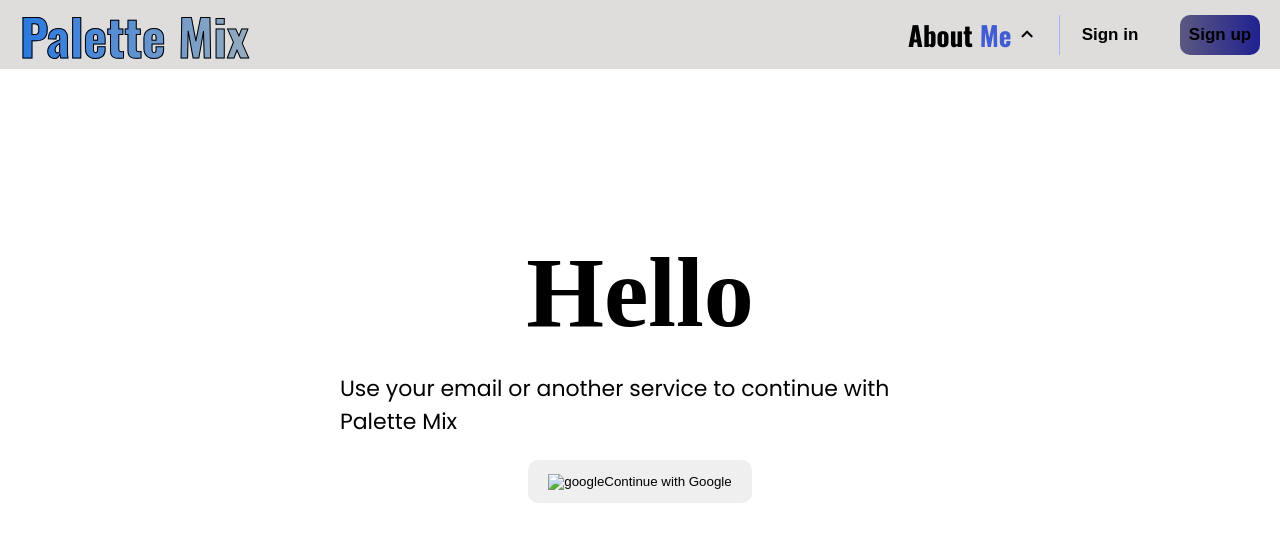
Repository: dmpelaez/Login-Signup-form
Page: Color/colorHeader.html
These files come from the project's save history. The page is drawn as it stood at one moment and after the next save; the edit follows.
The browser window is 1280 px wide. The pictures show the window.
A layer covers the whole window, so only the first screen is drawn. Some web libraries are served in a nearby version.

Above is the page before, as saved 2025-12-13 07:18:08.

### Color/colorHeader.html
<!DOCTYPE html>

  <html lang="en" dir="ltr">

    <head>

      <title>Palette Mix</title>
      <!--Style-->
      <link rel="stylesheet" href="colorHeader.css">
      <link rel="stylesheet" href="colorMain.css">
      <link rel="stylesheet" href="https://cdnjs.cloudflare.com/ajax/libs/font-awesome/5.14.0/css/all.min.css">
    </head>
    <body>

      <header class="color-header">
        <!--Title-->
        <a href="colorHeader.html">
          <section id="title" class="color-title">
            Palette Mix
          </section>
        </a>

        <!--End-->

        <!--Right side navigation bar-->
        <section class="navigation-bar">

          <!--About me-->
          <button class="about-me">
           <span class="aboutme">About <span class="me-text">Me</span></span>
           <i class="fas fa-chevron-up"></i>

          </button>

          <!--Login & Signup form-->
          <div class="signin-signup">
            <button class="sign-in">
              Sign in
            </button>
            <button class="sign-up">
              Sign up
            </button>
          </div>
        </section>
        <!--End-->
        <div class="aboutmeSection">
          <div class="sectionAboutme">

            <img class="imageofme" alt="Creator Image" src="WIN_20241001_13_05_33_Pro.jpg">
            <P class="gd">Good day!</P>
            <p class="introduction">
              I am Delmar Galibo Pelaez, 19 years old from Manila, Philippines.
              I am a self-taught programmer who decided to study HTML, CSS and JavaScript to become
              a web developer and I'm hoping to thrive and learn more about on this field to create and serve to others.
            </p>

          </div>

          <div class="aboutThisProject">
            <h2 class="info-project">Palette Mix</h2>
            <p class="infoPalette">
              This project is only created for fun and to challenge myself to create different projects so as to improve skills in web development.
              The creation of Palette Mix started when I'm searching for a project to do because I always hear other programmers that to improve quickly and effieciently --
              you need to create your own projects. Palette Mix is about generating different colors that can be use to mix and create a great layout design for a websites!
            </p>
          </div>

          <div class="connectSection">
            <div class="contacts">
              <h2 class="connect-text">Connect:</h2>
              <a class="githubLink" href="https://github.com/dmpelaez" target="_blank">
                 <img class="github" alt="Github" src="download__1_-removebg-preview.png">
              </a>
              <a class="facebook"  href="#" target="_blank">
                <img class="fb"  alt="Facebook" src="facebook-logo (1).png">
              </a>
            </div>

          </div>

        </div>

        <!--Sign in -->

        <div class="signinPage">

          <div class="signinBox">

            <h1 class="hello-text">Hello</h1>
            <p class="email-account">
              Use your email or another service to continue with Palette Mix
            </p>

            <button class="google">
              <div class="google2">
                <img alt="google" href="#">
                <p class="continue-text">Continue with Google</p>
              </div>
            </button>

          </div>

        </div>


      </header>

      <main class="mainpage">

        <!--Main page-->
        <div class="main-page">

          <section class="title1">

            <h1 class="intro">Your color palettes generator!</h1>

            <h3 class="little-info">Create the perfect palette and get inspired by thousands of beautiful color schemes.</h3>
            <div class="sliding">
              <div class="colors">
              </div>
              <div class="colors2">
              </div>
              <div class="colors3">
              </div>
               <div class="colors4">
              </div>
            </div>

            <div class="colorSearch">
              <input type="color" class="colorbox">
              <Input type="text"  class="textbox">
              <img class="brush" src="brush.png">
              <img class="plate" src="plate.png">
              <img class="board" src="board.png">
                <div class="comment-section">
                  <h3 class="comment-text">Comment Here!</h3>
                  <ul class="comment-list"></ul>
                  <textarea class="comment-input" placeholder="Add Comment here..."></textarea>
                </div>
              </img>

            </div>

            <button class="generator">
              <i class="fas fa-palette"></i>
              Generate
            </button>
          </section>


        </div>

        <div class="theWhole">
          <div class="paletteText">Palette Mix</div>
          <div class="colorGenerator">
          </div>

          <div class="wholeDesign">
          <i id="leftIcon" class="fas fa-angle-left"></i>
              <div class="divBox">

            <!--Design 1-->


            <div class="divScroll">
              <div  class="div1">
                <div id="randomBox1" class="divpage1">
                  <header id="randomBox2" class="headerDiv1">Header</header>
                  <main  id="randomBox3" class="mainDiv1">
                    <div id="randomBox4" class="asideDiv1">Aside</div>
                    <div id="randomBox5" class="frontDiv1">Main</div>
                  </main>
                  <footer id="randomBox7" class="footerDiv1">Footer</footer>
                </div>
              </div>
              <!--Design 2-->
              <div  class="div2">
                <div id="randomBox1" class="divpage2">
                  <header id="randomBox2" class="headerDiv2">Header</header>
                    <div id="randomBox4" class="asideDiv2">Aside</div>
                    <div id="randomBox5" class="frontDiv2">Main</div>
                  <footer id="randomBox7" class="footerDiv2">Footer</footer>
                </div>
              </div>

              <!--Design 3-->

              <div  class="div3">
                <div id="randomBox1" class="divpage3">
                  <header id="randomBox2" class="headerDiv3">Header</header>
                    <div class="navBar">Navigation</div>
                    <div id="randomBox4" class="asideDiv3">Aside</div>
                    <div id="randomBox4" class="asideDiv32">Aside</div>
                    <div id="randomBox5" class="frontDiv3">Main</div>

                  <footer id="randomBox7" class="footerDiv3">Footer</footer>
                </div>
              </div>

            </div>
          </div>
          <i id="rightIcon"class="fas fa-angle-right"></i>



        </div>

        </div>


      </main>


      <script type="module" src="color.js"></script>

    </body>

  </html>

### Color/colorHeader.css
@import url('https://fonts.googleapis.com/css2?family=Anton&family=Oswald:wght@200..700&family=Poppins:ital,wght@0,100;0,200;0,300;0,400;0,500;0,600;0,700;0,800;0,900;1,100;1,200;1,300;1,400;1,500;1,600;1,700;1,800;1,900&family=Roboto:ital,wght@0,100..900;1,100..900&display=swap');

body {
  margin: 0;
  padding: 0;
}

.color-header {
  display: flex;
  justify-content: space-between;
  align-items: center;
  padding-left: 20px;
  padding-right: 20px;
  background: rgb(223, 220, 220);
  box-sizing: border-box;
  position: fixed;
  right: 0;
  left: 0;
  top: 0;
  height: 70px;
  border-bottom: 1px solid gray;
  z-index: 2;
}
@media (max-width: 670px) {
  .color-header {
    gap: 30px;
  }
}

a {
  text-decoration: none;
  flex-shrink: 0;
}

.color-title {
font-family: "Oswald", sans-serif;
font-weight: bold;
display: flex;
height: 50px;
font-size: 50px;
justify-content: start;
align-items: center;
-webkit-text-stroke: 1px black;
background: linear-gradient(90deg, rgb(41, 120, 224), rgb(150, 171, 190));
-webkit-background-clip: text;
-webkit-text-fill-color: transparent;
transition: all 0.3s ease;
cursor: pointer;
flex-shrink: 0;
}




.navigation-bar {
  display: Flex;
  justify-content: space-between;
  align-items: center;
  gap: 20px;
  height: 50px;
}
.signin-signup {
  display: Flex;
  border-left: 1px solid rgb(162, 183, 240);
  justify-content: space-between;
  align-items: center;
  gap: 30px;
  height: 40px;
  padding-left: 10px;
}

.sign-up {
  height: 40px;
  width: 80px;
  border-radius: 10px;
  border: none;
  background: transparent;
  color: black;
  font-family: arial;
  font-weight: bold;
  font-size: 17px;
  cursor: pointer;
  background: linear-gradient(90deg, rgb(92, 88, 129), rgb(32, 34, 145));
}
.sign-in {
  height: 40px;
  width: 80px;
  border-radius: 10px;
  border: none;
  background: transparent;
  color: black;
  font-family: arial;
  font-weight: bold;
  font-size: 17px;
  cursor: pointer;

}
.sign-in:hover,
.sign-up:hover {
background: linear-gradient(90deg, rgb(92, 88, 129), rgb(32, 34, 145));
  color: white;
}
.about-me {
  display: flex;
  justify-content: space-evenly;
  height: 40px;
  align-items: center;
  background-color: transparent;
  border: none;
  cursor: pointer;
  border-radius: 5px;
  flex-shrink: 0;
}
.about-me:hover {
  color: white;
  background: linear-gradient(90deg, rgb(92, 88, 129), rgb(32, 34, 145));
}
.aboutme {
  font-weight: bold;
  font-size: 27px;
  font-family: "Oswald";

}

.me-text {
  margin-right: 10px;
  color: rgb(66, 93, 212);
}

### Color/colorMain.css
@import url('https://fonts.googleapis.com/css2?family=Anton&family=Luckiest+Guy&family=Oswald:wght@200..700&family=Poppins:ital,wght@0,100;0,200;0,300;0,400;0,500;0,600;0,700;0,800;0,900;1,100;1,200;1,300;1,400;1,500;1,600;1,700;1,800;1,900&family=Roboto:ital,wght@0,100..900;1,100..900&display=swap');

body {
  height: 1580px;
}

.mainpage {
margin-top: 70px;
display: grid;
max-width: 1900px;
flex-shrink: 0;
position: relative;
}



.main-page {

}
.intro {
  font-weight: bold;
  font-size: 95px;
  white-space: wrap;
  font-family: "Oswald";
  flex-shrink: 0;
  display: flex;
  margin: 0px;
}


.aboutmeSection {
  display: grid;
  position: absolute;
  border: 1px solid black;
  background-color: rgb(39, 37, 37);
  left: 0;
  top: 100%;
  right: 0%;
  border-top: none;
  height: 0px;
  opacity: 1;
  justify-content: space-between;
  align-items: center;
  grid-template-columns: 1fr 1fr;
  grid-template-rows: 1fr 100px;
  overflow: hidden;
  transition: height 0.3s ease;
}


.aboutmeSection.btnDown {
  display: grid;
  opacity: 1;
  height: 520px;
  transition: height 0.3s ease;
}


.sectionAboutme {
  display: flex;
  height: 200px;
  justify-content: center;
 align-items: center;
 position: relative;
 gap: 20px;
 padding-left: 40px;
}
.imageofme {
  width: 350px;
  height: 350px;
  object-fit: cover;
  border-radius: 50%;
  display: flex;
}
.introduction {
  width: 350px;
  font-family: "Oswald";
  color: white;
  display: flex;
}
.connectSection {
  grid-column: 1 / 2 span;
  display: flex;
  background: linear-gradient(90deg, rgb(92, 88, 129), rgb(32, 34, 145));
}
.contacts {
  display: flex;
  padding-left: 20px;
  align-items: center;
}
.gd {
  font-weight: bold;
  font-size: 40px;
  white-space: nowrap;
  position: absolute;
  display: flex;
  top: -90px;
  left: 410px;
  color: white;
  font-family: "Oswald";
}

.fb {
  width: 20px;
  display: flex;
  margin-left: 20px;
}
.github {
  width: 45px;
  margin-left: 20px;
  display: flex;
}
.connect-text {
  font-family: "Oswald";
  font-size: 15px;
  display: flex;
}
.info-project {
  color: white;
  font-weight: bold;
  font-family: "Oswald";
  font-size: 40px;
  margin: 0px;
  display: flex;
  margin-right: 120px;
}
.aboutThisProject {
  display: flex;
  flex-direction: column;
  justify-content: center;
  align-items: center;
  margin-bottom: 40px;
}
.infoPalette {
  color: white;
  font-family: "Oswald";
  width: 400px;
  display: flex;
}



.title1 {
  display: flex;
  flex-direction: column;
    width: 100%;
  height: 800px;
  justify-content: start;
  position: relative;
  padding-top: 50px;
  align-items: center;
 background: linear-gradient(90deg, rgb(92, 88, 129), rgb(32, 34, 145));
 transition: background 6s ease;

}


.animate-gradient {
  animation: gradientShift 6s infinite alternate;
}

.little-info {

  font-size: 19px;
  color: rgb(0, 0, 0);
  font-family: "Poppins";
}

.letters {
  display: inline-block;
  margin: 2px;
}

.letters:hover {
  cursor: pointer;
  transition: text-shadow 0.3s ease;

  animation: wiggle 0.2s infinite alternate;
}


@keyframes wiggle {
  from {transform: translateX(0);}
  to {transform: translateX(-10px);}
}
.colors,
.colors2,
.colors3,
.colors4  {
  display: flex;

   width: 500px;
  height: 150px;
  justify-content: center;

   gap: 10px;
}
.colors div,
.colors2 div,
.colors3 div,
.colors4 div {
  display: Flex;
  height: 145px;
  flex-direction: row;
  width: 200px;
  justify-content: center;
}
.box {
  display: Flex;
  align-items: center;
  justify-content: center;
  font-weight: bold;
  font-size: 19px;
  text-transform: uppercase;
  cursor: pointer;

  border-radius: 10px;
}
.sliding {

  height: 250px;
 position: relative;
 overflow: hidden;
 margin-bottom: 20px;
}
.colors,
.colors2,
.colors3,
.colors4 {
  animation: scrollUp 6s linear infinite;

}


@keyframes scrollUp {
  0%   { transform: translateY(0); }
  25%   { transform: translateY(-50%); }
  50%   { transform: translateY(-100%); }
  75%   { transform: translateY(-150%); }
  100% { transform: translateY(-205%); }
}

.colorSearch {
  display: Flex;
  position: relative;
}
.brush {
  position: absolute;
  width: 300px;
  object-fit: cover;
  z-index: 1;
  top: -250px;
  right: -580px;
  pointer-events: none;
}
.plate {
  position: absolute;
  width: 200px;
  left: -350px;
  top: -70px;


}
.board {
  position: absolute;
  width: 600px;
  top: -330px;
  left: 230px;
  pointer-events: none;
}

.comment-section {
  position: absolute;
  right: -394px;
  bottom: -20%;
  display: flex;
  flex-direction: column;
  height: 250px;
  justify-content: end;
  text-align: center;

}
.comment-list {
position: absolute;
bottom: 10%;
display: flex;
align-items: left;
justify-content: start;

gap: 10px;
height: 140px;
width: 189px;
padding: 0;
left: -16px;
flex-direction: column;
overflow-y: scroll;
padding-left: 10px;
}
.comment-text {
  margin: 0px;
  Position: absolute;
  top: 45px;
  left: 20px;
  white-space: nowrap;
}
.comment-input {
display: flex;
position: initial;
padding-left: 10px;
text-align: middle;
align-items: center;
justify-content: center;
border-radius: 10px;
outline: none;
}
.comments {
  display: flex;
  justify-content: start;
  text-align: left;
  width: 160px;
  white-space: normal;
  word-wrap: break-word;
  word-break: break-all;
  overflow-wrap: break-word;
  border: 1px solid gray;
  padding: 10px;
  padding-right: 0px;
}


.generator {
  display: flex;
  background: blue;
  border: none;
  border-radius: 50px;
  height: 50px;
  align-items: center;
  justify-content: center;
  margin-top: 20px;
  width: 200px;
  font-family: "Oswald";
  font-size: 20px;
  color: white;
  cursor: pointer;
}
.generator i {
  margin-right: 10px;
}

.colorGenerator {
  display: flex;


  height: 200px;
  width: 100%;
  align-self: center;
 justify-self: center;
 align-items: center;
 justify-content: center;
 gap: 10px;

}
.generateColor {
  display: flex;
  border-width: 1px;
  border-radius: solid;
  width: 200px;
  height: 100px;
  justify-content: center;
  align-items: center;
  cursor: pointer;
  color: black;
}

.paletteText {
  font-weight: bold;
  font-family: "Oswald";
  font-size: 60px;
  position: absolute;
  left: 42%;
  top: 0;
  right: 50%;
  white-space: nowrap;
  top: 10px;

}

.theWhole {
  height: 100vh;
  display: flex;
  flex-direction: column;
  justify-content: center;
  align-items: center;
  position: relative;
 background: linear-gradient(90deg, rgb(92, 88, 129), rgb(32, 34, 145));
}

.divBox {
  border: 1px solid black;
  height: 400px;
  width: 600px;
  display: flex;
  align-items: center;
  justify-content: center;
  align-self: center;
  justify-self: center;
  gap: 20px;
  background-color: white;
  overflow-x: auto;
  scroll-behavior: smooth;
  position: relative;
}
.divBox::-webkit-scrollbar {
  display: none;
}
.wholeDesign {
  display: flex;
  justify-content: center;
  align-items: center;
  margin-bottom: 20px;
}


.divBox i {
  cursor: pointer;
  margin-right: 10px;
  margin-left: 10px;

}

.divScroll {
  display: flex;
  justify-content: space-evenly;
  height: 90%;
  min-width: 90%;
  position: absolute;
  left: 20px;
  background-color: white;
  gap: 30px;

}

.div1{
  display: grid;
  border: 1px solid black;
  min-height: 90%;
  width: 550px;
  flex-direction: column;
  z-index: 1;


}


.div2 {
 display: grid;
  border: 1px solid black;
  min-height: 90%;
  width: 550px;
  flex-direction: column;
  z-index: 1;

}
.div3 {
  display: grid;
  border: 1px solid black;
  min-height: 90%;
  width: 550px;
  flex-direction: column;
  z-index: 1;
  margin-right: 20px;

}





.divpage1 {
  display: flex;
   z-index: 2;
   flex-direction: column;
  height: 100%;
  min-width: 100%;
  justify-content: space-between;
  align-items: center;

}

.headerDiv1 {
  display: flex;
  align-items: center;
  justify-content: center;
  height: 40px;
  border: 1px solid black;
  min-width: 95%;
  margin-top: 5px;
  z-index: 2;
  background-color: white;
}
.mainDiv1{
  display: flex;
   z-index: 2;
  height: 70%;
  min-width: 95%;
  justify-content: space-between;

}
.footerDiv1 {
  display: flex;
  border: 1px solid black;
  min-width: 95%;
  justify-content: center;
  height: 10%;
  align-items: center;
  margin-bottom: 5px;
    z-index: 2;
    background-color: white;
}
.asideDiv1 {
  border: 1px solid black;
  min-width: 30%;
  display: flex;
  align-items: center;
  justify-content: center;
  z-index: 2;
  background-color: white;
}
.frontDiv1 {
  display: flex;
  border: 1px solid black;
  min-width: 65%;
  justify-content: center;
  align-items: center;
  z-index: 2;
  background-color: white;
}





.divpage2 {
  display: grid;
grid-template-columns: 150px 1fr 1fr 1fr;
grid-template-rows: 150px 1fr 1fr 1fr;
row-gap: 10px;
column-gap: 10px;
margin: 10px;
}
.headerDiv2 {
  grid-row: 1 / 3 span;
  display: flex;
  justify-content: center;
  align-items: center;
  border: 1px solid black;
  background-color: white;
}

.footerDiv2 {
  grid-row: 4 / 1 span;
  grid-column: 4 span;
  display: flex;
  justify-content: center;
  align-items: center;
  border: 1px solid black;
  background-color: white;
}


.frontDiv2 {
grid-column: 2 / 3 span;
grid-row: 1 / 2 span;
display: flex;
justify-content: center;
align-items: center;
border: 1px solid black;
background-color: white;
}
.asideDiv2 {
  grid-column: 2 / 3 span;
  display: flex;
  justify-content: center;
  align-items: center;
  border: 1px solid black;
  background-color: white;
}




.divpage3 {
  display: grid;
  grid-template-columns: 150px 1fr 150px;
  grid-template-rows: 50px 40px 1fr 1fr 40px;
  row-gap: 10px;
  column-gap: 10px;
  margin: 10px;

}
.headerDiv3 {
  grid-column: 1 / 3 span;
  display: flex;
  justify-content: center;
  align-items: center;
  border: 1px solid black;
  background-color: white;
}
.navBar {
  grid-column: 1 / 3 span;
  display: flex;
  justify-content: center;
  align-items: center;
  border: 1px solid black;
background-color: white;
}
.asideDiv3 {
  display: flex;
  border: 1px solid black;
  justify-content: center;
  align-items: center;
background-color: white;
}
.asideDiv32 {
  display: Flex;
  border: 1px black solid;
  grid-row: 4;
  justify-content: center;
  align-items: center;
  background-color: white;
}
.frontDiv3 {
  display: flex;
  justify-content: center;
  align-items: center;
  border: 1px solid black;
  grid-row: 3 / 2 span;
  grid-column: 2 / 2 span;
  background-color: white;
}
.footerDiv3 {
  display: Flex;
  align-items: center;
  justify-content: center;
  border: 1px solid black;
  grid-column: 1 / 3 span;
  background-color: white;
}




#leftIcon {
  cursor: pointer;
  color: white;
  margin-right: 20px;
  padding: 20px;
}
#rightIcon {
  cursor: pointer;
  margin-left: 20px;
  padding: 20px;
 color: white;
}


.signinPage {
  position: absolute;
  top: 100%;
  height: 100vh;
  left: 0;
  right: 0;
  background: white;
  display: flex;
  justify-content: center;
  padding-top: 100px;
}

.signinBox {
  display: flex;
  flex-direction: column;
  width: 600px;
  height: 400px;
  justify-content: center;
  align-items: center;

}
.google {
  display: flex;
  flex-direction: row;
  padding-left: 20px;
  padding-right: 20px;
  border-radius: 10px;
  border: none;
  align-items: center;
  justify-content: center;
}
.google2 {
  display: flex;
  align-items: center;

}
.continue-text {
justify-content: space-between;
}
.hello-text {
  display: inline-block;
  margin: 0px;
  font-size: 100px;
}
.email-account {
  font-size: 22px;
  font-family: "Poppins";
}

Loaded but not shown: Color/color.js (475 lines, source omitted)

After the next save:
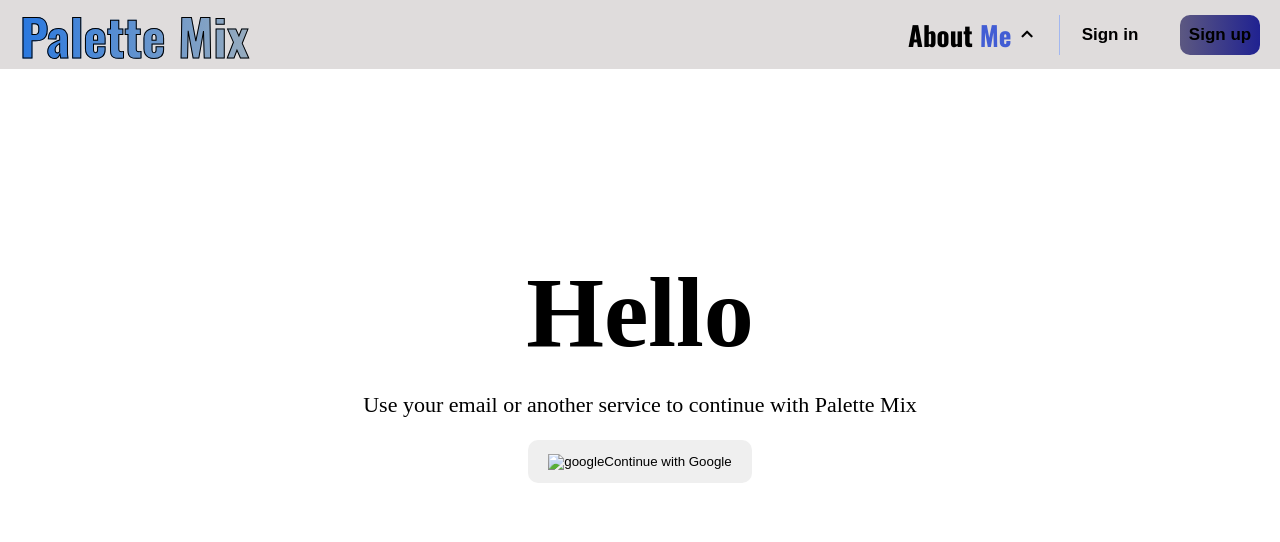
Saved 8 s later.
--- a/Color/colorMain.css
+++ b/Color/colorMain.css
@@ -710,5 +710,5 @@ justify-content: space-between;
 }
 .email-account {
   font-size: 22px;
-  font-family: "Poppins";
-}
+
+}
